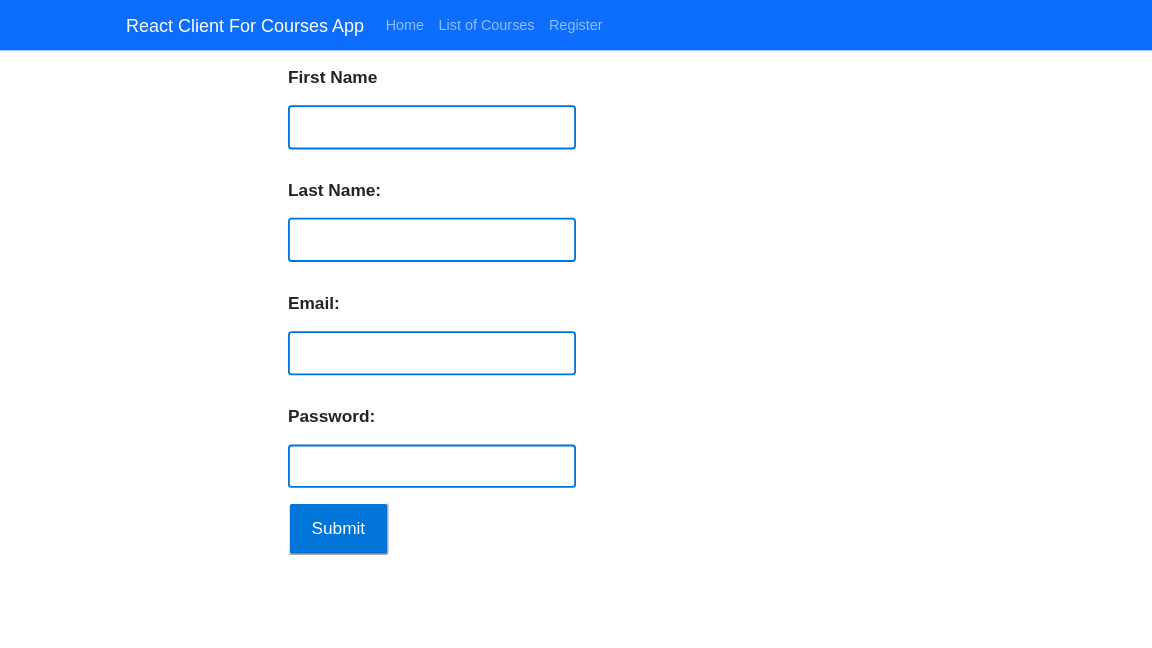
Repository: jmmunoz14/EmergingTech-GroupProject
Page: /register (app in frontend/)
An editor plug-in stored every save of this project. The page is shown before and after the next save, followed by the edit.
The browser window is 1280 px wide. The pictures show the whole page, at 90% of full size.
The project was rebuilt for these pictures with package versions that can differ from the ones it lists, and the page was loaded fresh each time. Also part of the build but not shown: frontend/src/components/Home.js, frontend/src/components/CourseList.js, frontend/src/components/NewCourseForm.js, frontend/src/components/EditCourse.js.

Above is the page before, as saved 2023-04-19 00:43:29.

### frontend/src/App.js
import React from 'react'
import {
  BrowserRouter as Router,
  Route,
  Link,
  Redirect,
  Routes,
} from 'react-router-dom'
//
// This app requires react-bootstrap and bootstrap installed:
//    npm install react-bootstrap bootstrap
//
import 'bootstrap/dist/css/bootstrap.min.css'
import Navbar from 'react-bootstrap/Navbar'
import Nav from 'react-bootstrap/Nav'
import Container from 'react-bootstrap/Container'
import './App.css'

import { ApolloProvider } from '@apollo/client'
import client from './apollo/client'

import Home from './components/Home'
import CourseList from './components/CourseList'
import NewCourseForm from './components/NewCourseForm'
import EditCourse from './components/EditCourse'
import Register from './components/Register'
//
function App() {
  return (
    <ApolloProvider client={client}>
      <Router>
        <Navbar bg="primary" variant="dark" expand="lg">
          <Container>
            <Navbar.Brand href="#home">
              React Client For Courses App
            </Navbar.Brand>
            <Navbar.Toggle aria-controls="basic-navbar-nav" />
            <Navbar.Collapse id="basic-navbar-nav">
              <Nav className="mr-auto">
                <Nav.Link as={Link} to="/home">
                  Home
                </Nav.Link>
                <Nav.Link as={Link} to="/courseslist">
                  List of Courses
                </Nav.Link>
                <Nav.Link as={Link} to="/register">
                  Register
                </Nav.Link>
              </Nav>
            </Navbar.Collapse>
          </Container>
        </Navbar>

        <div>
          <Routes>
            <Route index element={<Home />} />
            <Route path="home" element={<Home />} />
            <Route path="register" element={<Register />} />
            <Route path="courseslist" element={<CourseList />} />
            <Route path="course/:id" element={<EditCourse />} />
            <Route path="addcourse" element={<NewCourseForm />} />
          </Routes>
        </div>
      </Router>
    </ApolloProvider>
  )
}
//<Route render ={()=> < App />} path="/" />
export default App

### frontend/src/App.css
.App {
  text-align: center;
}

.App-logo {
  height: 40vmin;
  pointer-events: none;
}

@media (prefers-reduced-motion: no-preference) {
  .App-logo {
    animation: App-logo-spin infinite 20s linear;
  }
}

.App-header {
  background-color: #282c34;
  min-height: 100vh;
  display: flex;
  flex-direction: column;
  align-items: center;
  justify-content: center;
  font-size: calc(10px + 2vmin);
  color: white;
}

.App-link {
  color: #61dafb;
}

@keyframes App-logo-spin {
  from {
    transform: rotate(0deg);
  }
  to {
    transform: rotate(360deg);
  }
}

.container {
  margin: 0 auto;
  width: 80%;
  text-align: center;
  font-family: Arial, sans-serif;
}

.heading {
  font-size: 2rem;
  margin-bottom: 1rem;
}

.add-btn {
  margin-bottom: 2rem;
}

.search {
  display: inline-block;
  padding: 0.8rem 1.5rem;
  background-color: #0074D9;
  color: #fff;
  text-decoration: none;
  border-radius: 4px;
}

.search:hover {
  background-color: #0059B3;
  color: #fff;

}

.course-list {
  list-style-type: none;
  padding: 0;
  margin: 0;
}

.course-item {
  margin-bottom: 1rem;
  font-size: 1.2rem;
}

.link {
  color: #0074D9;
  text-decoration: none;
}

.link:hover {
  text-decoration: underline;
}

.add-form {
  display: flex;
  flex-direction: column;
  align-items: center;
  justify-content: center;
  width: 50%;
  margin: 0 auto;
  font-family: Arial, sans-serif;
  align-items: flex-start;
}


.form-label {
  margin: 1rem 0;
  font-size: 1.2rem;
  font-weight: bold;
}

.input-container{
  width: 50%;
}

.form-input {
  width: 100%;
  padding: 0.5rem;
  margin-bottom: 1rem;
  font-size: 1.2rem;
  border: 2px solid #0074D9;
  border-radius: 4px;
}

.form-input:focus {
  outline: none;
  border-color: #000000;
}

.form-button {
  display: inline-block;
  padding: 0.8rem 1.5rem;
  background-color: #0074D9;
  color: #fff;
  font-size: 1.2rem;
  text-align: center;
  text-decoration: none;
  border-radius: 4px;
  cursor: pointer;
  border-color: #ffffff;

}

.form-button:hover {
  background-color: #0059B3;
}

.delete-button {
  display: inline-block;
  padding: 0.8rem 1.5rem;
  background-color: #d93300;
  color: #fff;
  font-size: 1.2rem;
  text-align: center;
  text-decoration: none;
  border-radius: 4px;
  cursor: pointer;
  border-color: #ffffff;

}

.delete-button:hover {
  background-color: #a72701;
}

.form-error {
  color: red;
  margin-top: 1rem;
  font-size: 1.2rem;
}

### frontend/src/apollo/client.js
import { ApolloClient, InMemoryCache } from '@apollo/client'

const client = new ApolloClient({
  uri: 'http://localhost:5000/courses',
  cache: new InMemoryCache(),
})

export default client

### frontend/src/components/Register.js
import React, { useState } from 'react'
import { useMutation } from '@apollo/client'
import { useNavigate } from 'react-router-dom'

import { registration } from '../queries/queries'

const Register = () => {
  const history = useNavigate()

  const [firstName, setFirstName] = useState('')
  const [lastName, setLastName] = useState('')
  const [email, setEmail] = useState('')
  const [password, setPassword] = useState('')
  const [address, setAddress] = useState('')
  const [city, setCity] = useState('')
  const [phone, setPhone] = useState('')
  const [usertype, setUsertype] = useState('')


  const [register, { loading, error }] = useMutation(registration, {onCompleted() {
      history('/courseslist')
    },
  })

  const handleSubmit = (event) => {
    event.preventDefault()
    register({
      variables: {
        firstName,
        lastName,
        email,
        password,
        address,
        city,
        phone,
        usertype,
      },
    })
    setFirstName('')
    setLastName('')
    setEmail('')
    setPassword('')
    setAddress('')
    setCity('')
    setPhone('')
    setUsertype('')
  }

  return (
    <form className="add-form" onSubmit={handleSubmit}>
      <div className="input-container">
        <label className="form-label" htmlFor="firstName">
          First Name
        </label>
        <input
          className="form-input"
          type="text"
          id="firstName"
          value={firstName}
          onChange={(e) => setFirstName(e.target.value)}
        />
      </div>
      <div className="input-container">
        <label className="form-label" htmlFor="lastName">
          Last Name:
        </label>
        <input
          className="form-input"
          type="text"
          id="lastName"
          value={lastName}
          onChange={(e) => setLastName(e.target.value)}
        />
      </div>
      <div className="input-container">
        <label className="form-label" htmlFor="email">
          Email:
        </label>
        <input
          className="form-input"
          type="text"
          id="email"
          value={email}
          onChange={(e) => setEmail(e.target.value)}
        />
      </div>
      <div className="input-container">
        <label className="form-label" htmlFor="password">
          Password:
        </label>
        <input
          className="form-input"
          type="text"
          id="password"
          value={password}
          onChange={(e) => setPassword(e.target.value)}
        />
      </div>
      <button className="form-button" type="submit" disabled={loading}>
        Submit
      </button>
      {error && <p>Error adding course: {error.message}</p>}
    </form>
  )
}

export default Register

### frontend/src/queries/queries.js
import { gql } from '@apollo/client'

export const registration = gql`
  mutation registration(
    $email: String!,
    $password: String!,
    $firstName: String!,
    $lastName: String!,
    $address: String!,
    $city: String!,
    $phone: String!,
    $usertype:String!) {
      registration(
        userInput:{
          email: $email,
          password: $password,
          firstName:$firstName,
          lastName:$lastName,
          address:$address,
          city:$city,
          phone:$phone,
          usertype:$usertype
        })
        {
      token
      userId
      usertype
    }
  }
`;

export const GET_COURSES = gql`
  query GetCourses {
    courses {
      _id
      courseCode
      courseName
      section
      semester
    }
  }
`
export const DELETE_COURSE = gql`
  mutation($_id: String!) {
    deleteCourse(_id: $_id) {
      _id
      courseCode
      courseName
      section
      semester
    }
  }
`

export const ADD_COURSE = gql`
  mutation AddCourse(
    $courseCode: String!
    $courseName: String!
    $section: String!
    $semester: String!
  ) {
    addCourse(
      courseCode: $courseCode
      courseName: $courseName
      section: $section
      semester: $semester
    ) {
      _id
      courseCode
      courseName
      section
      semester
    }
  }
`

export const GET_COURSE = gql`
  query GetCourse($_id: String!) {
    course(_id: $_id) {
      _id
      courseCode
      courseName
      section
      semester
    }
  }
`

export const EDIT_COURSE = gql`
  mutation EditCourse(
    $_id: String!
    $courseCode: String!
    $courseName: String!
    $section: String!
    $semester: String!
  ) {
    editCourse(
      _id: $_id
      courseCode: $courseCode
      courseName: $courseName
      section: $section
      semester: $semester
    ) {
      _id
      courseCode
      courseName
      section
      semester
    }
  }
`

Loaded but not shown: frontend/public/index.html (common file); frontend/src/index.js (common file); frontend/src/index.css (common file); frontend/src/reportWebVitals.js (common file)

After the next save:
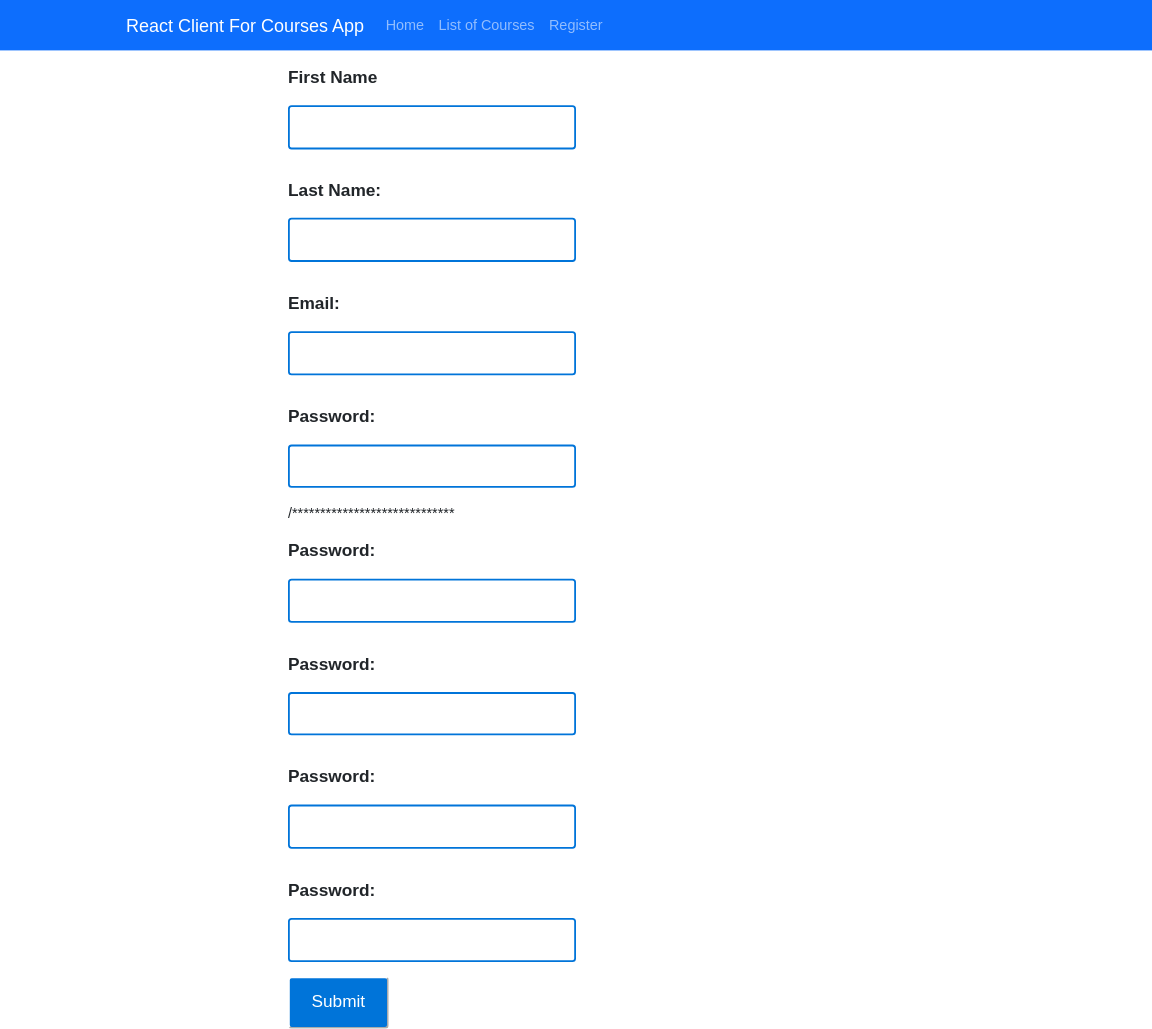
Saved 51 s later.
--- a/frontend/src/components/Register.js
+++ b/frontend/src/components/Register.js
@@ -96,6 +96,57 @@ const Register = () => {
           onChange={(e) => setPassword(e.target.value)}
         />
       </div>
+      /*****************************
+      <div className="input-container">
+        <label className="form-label" htmlFor="password">
+          Password:
+        </label>
+        <input
+          className="form-input"
+          type="text"
+          id="password"
+          value={password}
+          onChange={(e) => setPassword(e.target.value)}
+        />
+      </div>
+      <div className="input-container">
+        <label className="form-label" htmlFor="password">
+          Password:
+        </label>
+        <input
+          className="form-input"
+          type="text"
+          id="password"
+          value={password}
+          onChange={(e) => setPassword(e.target.value)}
+        />
+      </div>
+      <div className="input-container">
+        <label className="form-label" htmlFor="password">
+          Password:
+        </label>
+        <input
+          className="form-input"
+          type="text"
+          id="password"
+          value={password}
+          onChange={(e) => setPassword(e.target.value)}
+        />
+      </div>
+      <div className="input-container">
+        <label className="form-label" htmlFor="password">
+          Password:
+        </label>
+        <input
+          className="form-input"
+          type="text"
+          id="password"
+          value={password}
+          onChange={(e) => setPassword(e.target.value)}
+        />
+      </div>
+
+
       <button className="form-button" type="submit" disabled={loading}>
         Submit
       </button>
